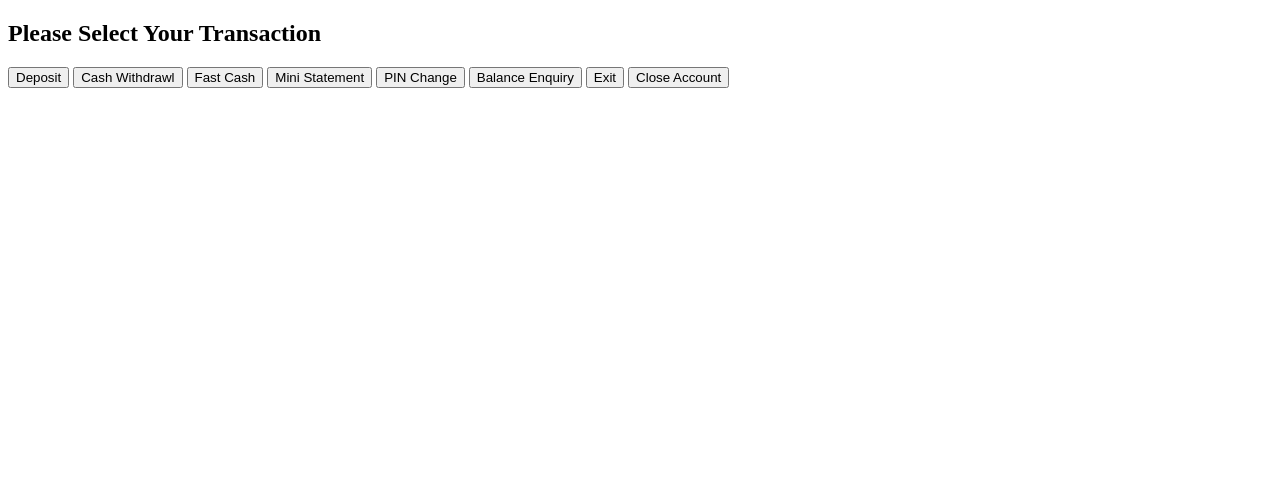
Repository: gauravraj08/bankingSystemJspServlet
Page: http://localhost/BankMangementSystem/main_class.jsp
The author's editor kept a copy of each file at every save. The page is drawn from the files as they stood at one save, then again after the next save.
The browser window is 1280 px wide. The pictures show the whole page.
The page is served by Tomcat 9.

Above is the page before, as saved 2024-04-19 06:11:21.

After the next save:
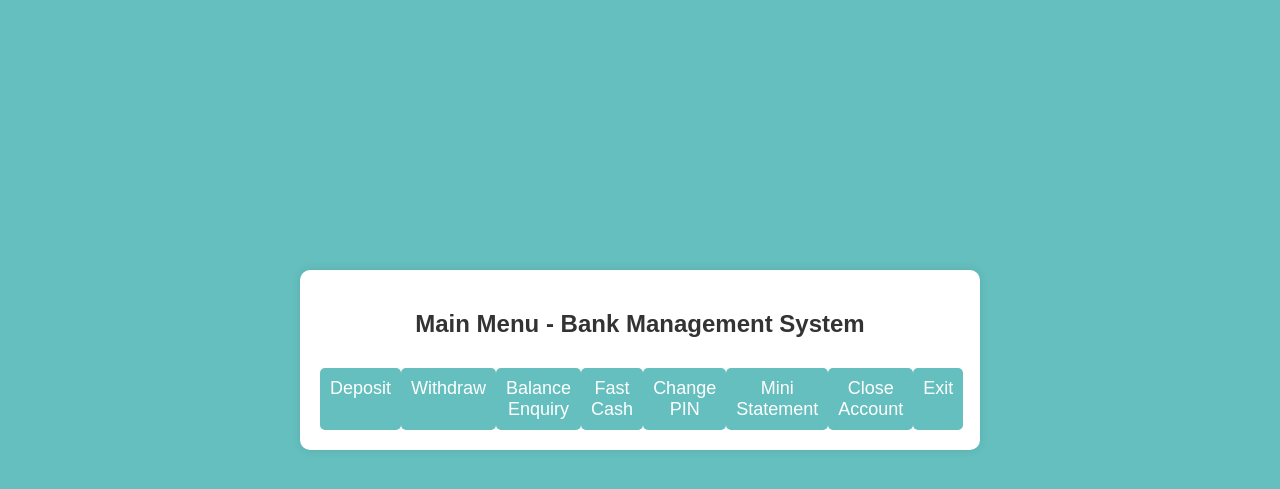
Saved 68 s later.
--- a/BankMangementSystem/src/main/webapp/main_class.jsp
+++ b/BankMangementSystem/src/main/webapp/main_class.jsp
@@ -4,23 +4,70 @@
 <head>
     <meta charset="UTF-8">
     <meta name="viewport" content="width=device-width, initial-scale=1.0">
-    <title>Main Menu - Bank Management System</title>
+    <title>Main Class - Bank Management System</title>
     <style>
-        /* CSS styles for the main menu */
-        /* Define your styles here */
+        body {
+            background-color: #65BFBF;
+            font-family: Arial, sans-serif;
+            display: flex;
+            justify-content: center;
+            align-items: center;
+            height: 100vh;
+            margin: 0;
+        }
+
+        .container {
+            width: 50%;
+            padding: 20px;
+            background-color: #fff;
+            border-radius: 10px;
+            box-shadow: 0 0 10px rgba(0, 0, 0, 0.1);
+        }
+
+        h2 {
+            text-align: center;
+            margin-bottom: 30px;
+            color: #333;
+        }
+
+        .button-container {
+            display: flex;
+            justify-content: space-around;
+            margin-top: 30px;
+        }
+
+        .button {
+            width: 150px;
+            padding: 10px;
+            border: none;
+            border-radius: 5px;
+            background-color: #65BFBF;
+            color: #fff;
+            font-size: 18px;
+            cursor: pointer;
+            text-align: center;
+            text-decoration: none;
+            transition: background-color 0.3s ease;
+        }
+
+        .button:hover {
+            background-color: #4D9F9F;
+        }
     </style>
 </head>
 <body>
-    <h2>Please Select Your Transaction</h2>
-    <form action="MainClassServlet" method="post">
-        <button type="submit" name="action" value="DEPOSIT">Deposit</button>
-        <button type="submit" name="action" value="WITHDRAWL">Cash Withdrawl</button>
-        <button type="submit" name="action" value="FASTCASH">Fast Cash</button>
-        <button type="submit" name="action" value="MINISTATEMENT">Mini Statement</button>
-        <button type="submit" name="action" value="PINCHANGE">PIN Change</button>
-        <button type="submit" name="action" value="BALANCEENQUIRY">Balance Enquiry</button>
-        <button type="submit" name="action" value="EXIT">Exit</button>
-        <button type="submit" name="action" value="CLOSEACCOUNT">Close Account</button>
-    </form>
+    <div class="container">
+        <h2>Main Menu - Bank Management System</h2>
+        <div class="button-container">
+            <a href="DepositServlet" class="button">Deposit</a>
+            <a href="WithdrawServlet" class="button">Withdraw</a>
+            <a href="BalanceEnquiryServlet" class="button">Balance Enquiry</a>
+            <a href="FastCashServlet" class="button">Fast Cash</a>
+            <a href="ChangePinServlet" class="button">Change PIN</a>
+            <a href="MiniStatementServlet" class="button">Mini Statement</a>
+            <a href="CloseAccountServlet" class="button">Close Account</a>
+            <a href="#" class="button">Exit</a>
+        </div>
+    </div>
 </body>
 </html>
